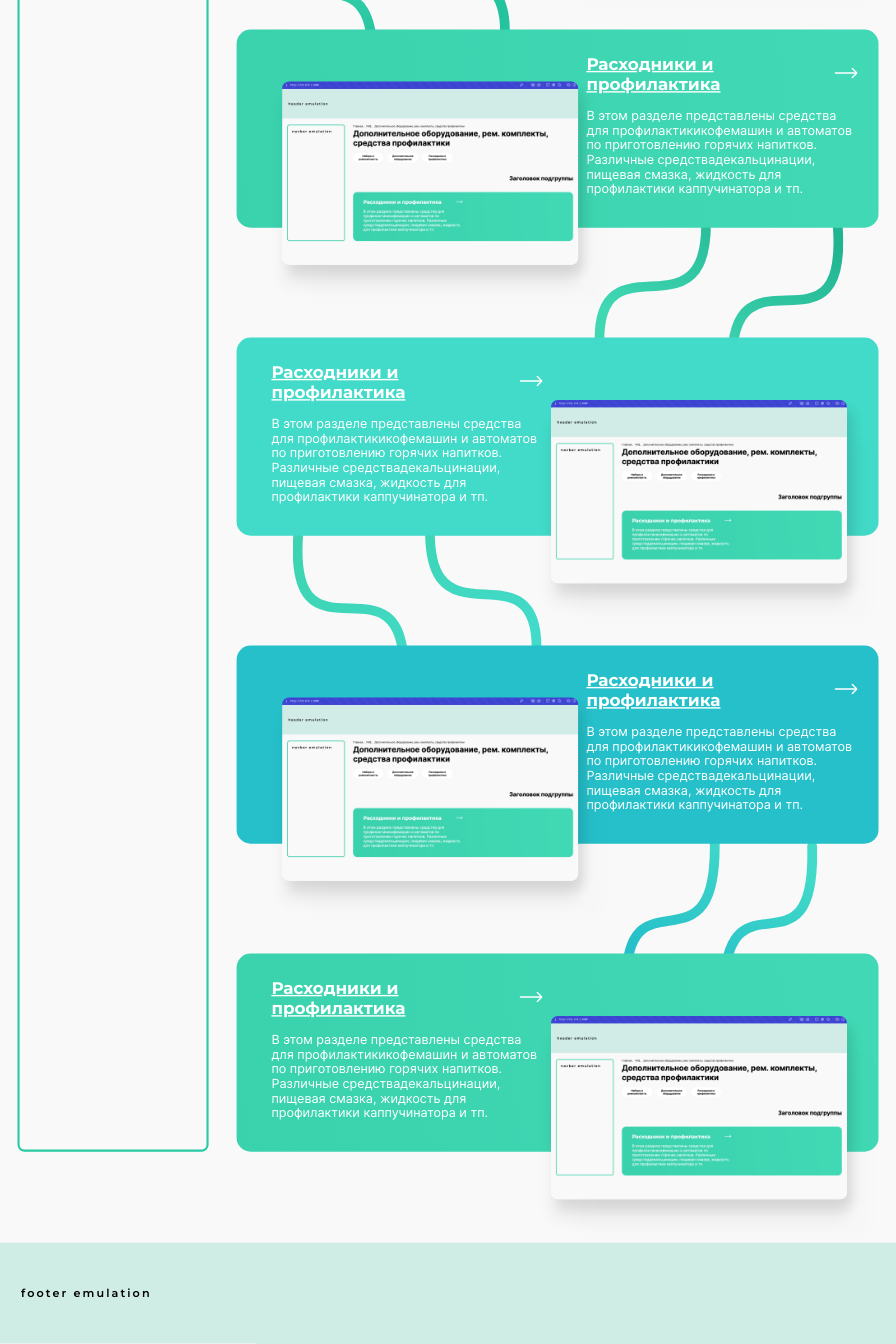
Repository: axonde/venpart-faq-pages
Page: index.html
An editor plug-in stored every save of this project. The page is shown before and after the next save, followed by the edit.
The browser window is 1280 px wide. The pictures show the part of the page from y = 715 to 2635 px (the page is 2635 px tall), at 70% of full size.

Above is the page before, as saved 2024-02-28 20:09:44.

After the next save:
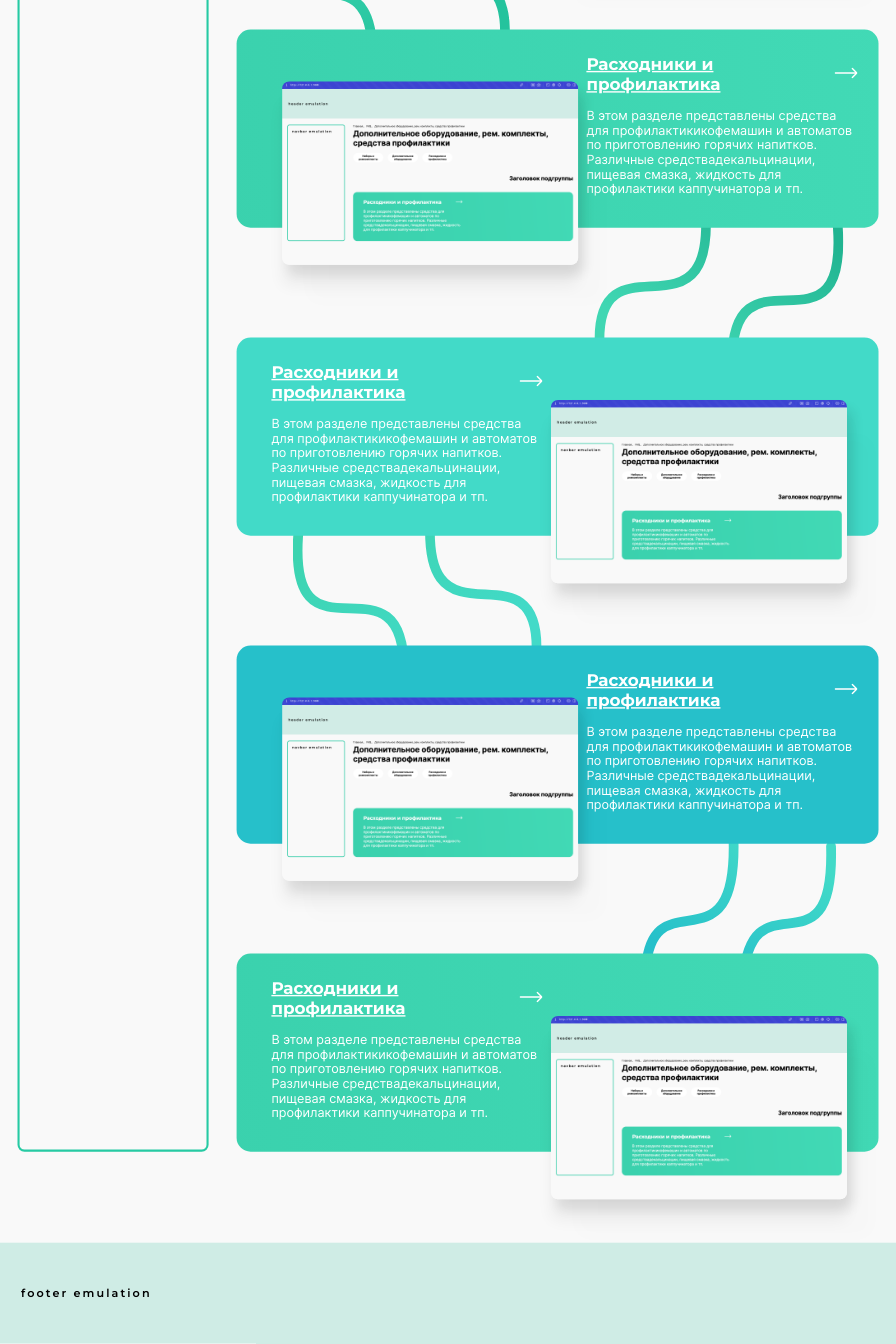
Saved 24 s later.
--- a/style.css
+++ b/style.css
@@ -589,7 +589,7 @@ scrollbar-width: none; /* Firefox */}
 	background: url('decorations/decoration-4.svg');
 	width: 280px;
 	height: 239px;
-	left: 60%;}
+	right: 60px;}
 .faq__item:last-child::after {display: none;}
 
 .faq__item--wrapper {position: relative; display: flex;}
